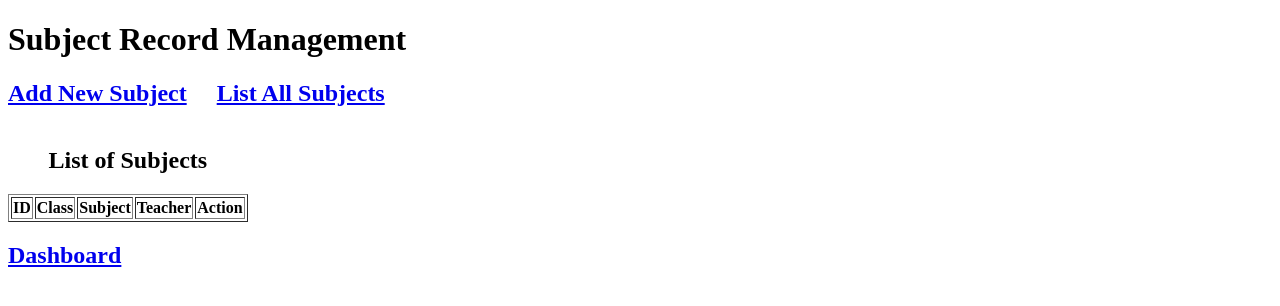
Repository: ashkumar661/Phase-2-Project
Page: http://localhost/crud-example/subject-list.jsp
The author's editor kept a copy of each file at every save. The page is drawn from the files as they stood at one save, then again after the next save.
The browser window is 1280 px wide. The pictures show the whole page.
The page is served by Tomcat 9. The template is opened directly, without the code that normally fills it, so the values that code supplies are empty.

Above is the page before, as saved 2022-05-15 22:04:15.

After the next save:
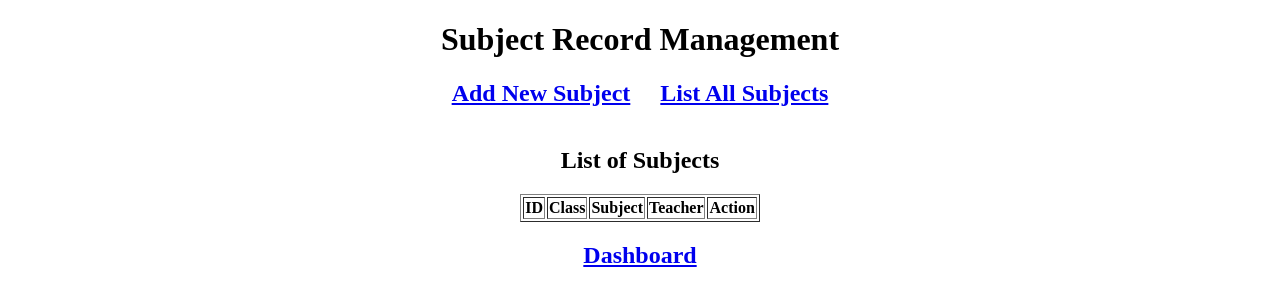
Saved 4 min 34 s later.
--- a/crud-example/src/main/webapp/subject-list.jsp
+++ b/crud-example/src/main/webapp/subject-list.jsp
@@ -8,6 +8,7 @@
 <title>Learner's Academy</title>
 </head>
 <body>
+<center>
 	<h1>Subject Record Management</h1>
 	<h2>
 		<a href="<%=request.getContextPath()%>/newSubject">Add New Subject</a>

After the save that followed:
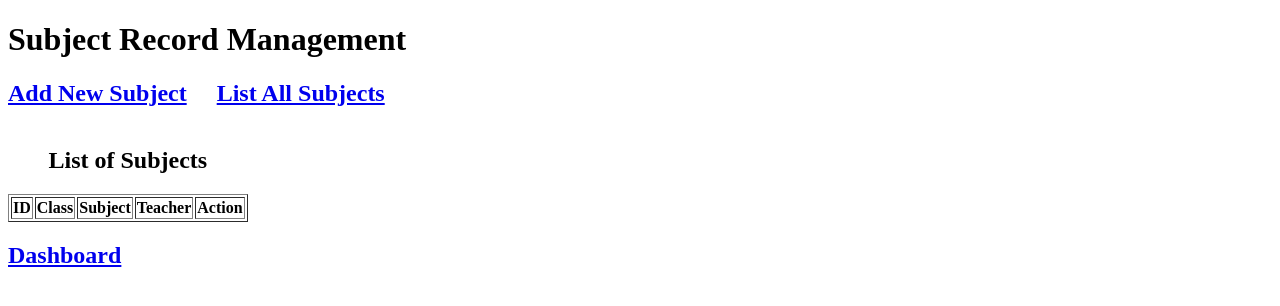
Saved 4 s later.
--- a/crud-example/src/main/webapp/subject-list.jsp
+++ b/crud-example/src/main/webapp/subject-list.jsp
@@ -8,7 +8,7 @@
 <title>Learner's Academy</title>
 </head>
 <body>
-<center>
+<center></center>
 	<h1>Subject Record Management</h1>
 	<h2>
 		<a href="<%=request.getContextPath()%>/newSubject">Add New Subject</a>
